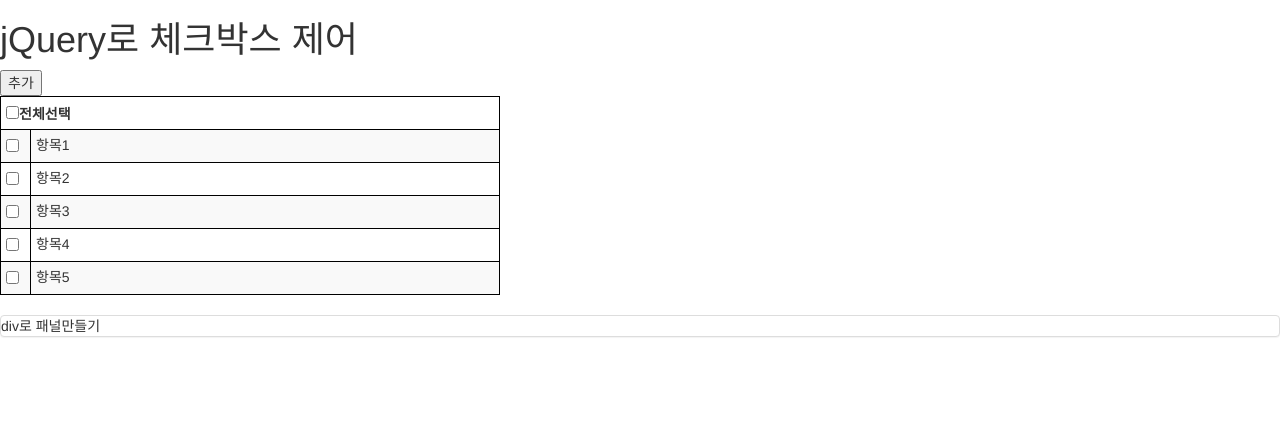
Repository: CHOKIHO/html
Page: work/0112_bootstrap/WebContent/ex1.html
An editor plug-in stored every save of this project. The page is shown before and after the next save, followed by the edit.
The browser window is 1280 px wide. The pictures show the whole page.
Some web libraries are served in a nearby version.

Above is the page before, as saved 2017-01-12 01:40:25.

### work/0112_bootstrap/WebContent/ex1.html
<!DOCTYPE html>
<html>
<head>
<meta charset="UTF-8">
<title>Insert title here</title>
    <!-- Bootstrap Core CSS -->
    <link href="./css/bootstrap.css" rel="stylesheet">
    <!-- DataTables CSS -->
    <link href="./css/dataTables.bootstrap.css" rel="stylesheet">


<script src="https://code.jquery.com/jquery-3.1.1.js"></script>


<style type="text/css">
	#table {
		width: 500px;
/* 		border: 1px solid black;
		border-collapse: collapse;
 */	}

	#table th, #table td {
		border: 1px solid black;
		padding: 5px;
	}

	#table th {
		text-align: left;
	}

	.ch {
		width: 30px;
	}
</style>

<script type="text/javascript">

	$(function() {

		$("#all").bind("click", function() {

			//var ar = $("tbody input[type=checkbox]");
			//var ar = $("tbody").find("input[type=checkbox]");

			var ar = $("tbody").find(":checkbox");   //속성값으로 find

			//this(#all)의 checked상태에 따라 ar의 prop(속성)을 checked로
			ar.prop("checked", this.checked);

			if (this.checked) {
				$(this.next().text("선택해제"));
			} else {
				$(this.next().text("전체선택"));
			}

		});
	});

</script>

</head>
<body>
	<h1>jQuery로 체크박스 제어</h1>
	<input type="button" value="추가" id="btn"/>

	<table id="table" class="table table-striped table-bordered table-hover">
		<thead>
			<tr>
				<th colspan="2">
					<input type="checkbox" id="all"/><span>전체선택</span>
				</th>
			</tr>
		</thead>
		<tbody>
			<tr>
				<td class="ch"><input type="checkbox" id="ch1"/></td>
				<td>항목1</td>
			</tr>
			<tr>
				<td class="ch"><input type="checkbox" id="ch2"/></td>
				<td>항목2</td>
			</tr>
			<tr>
				<td class="ch"><input type="checkbox" id="ch3"/></td>
				<td>항목3</td>
			</tr>
			<tr>
				<td class="ch"><input type="checkbox" id="ch4"/></td>
				<td>항목4</td>
			</tr>
			<tr>
				<td class="ch"><input type="checkbox" id="ch5"/></td>
				<td>항목5</td>
			</tr>
		</tbody>
	</table>


	<div class="panel panel-default">
		div로 패널만들기
	</div>





</body>
</html>

Loaded but not shown: work/0112_bootstrap/WebContent/css/bootstrap.css (library); work/0112_bootstrap/WebContent/css/dataTables.bootstrap.css (common file)

After the next save:
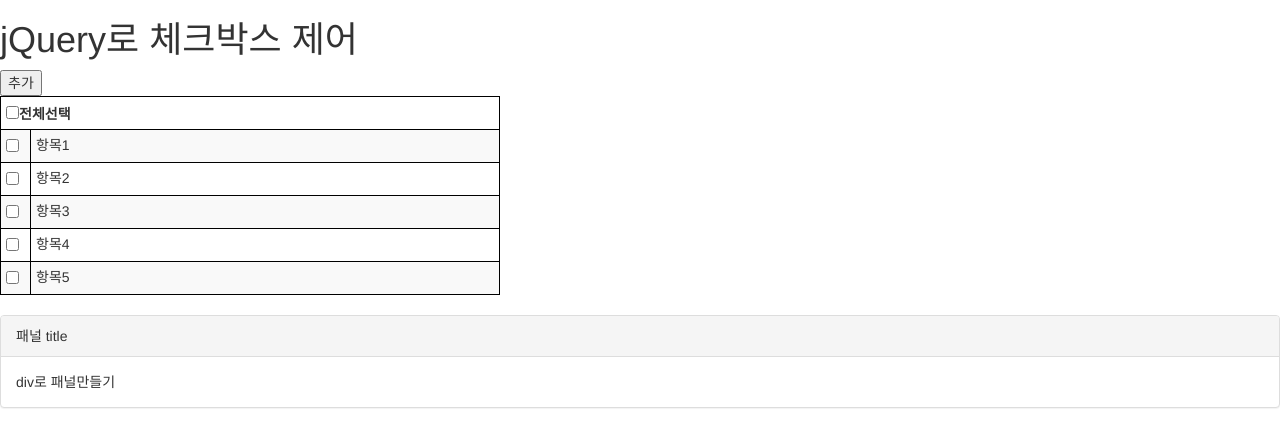
Saved 118 s later.
--- a/work/0112_bootstrap/WebContent/ex1.html
+++ b/work/0112_bootstrap/WebContent/ex1.html
@@ -97,7 +97,13 @@
 
 
 	<div class="panel panel-default">
-		div로 패널만들기
+		<div class="panel-heading">
+		    패널 title
+		</div>
+		<div class="panel-body">
+			div로 패널만들기
+		</div>
+
 	</div>
 
 
